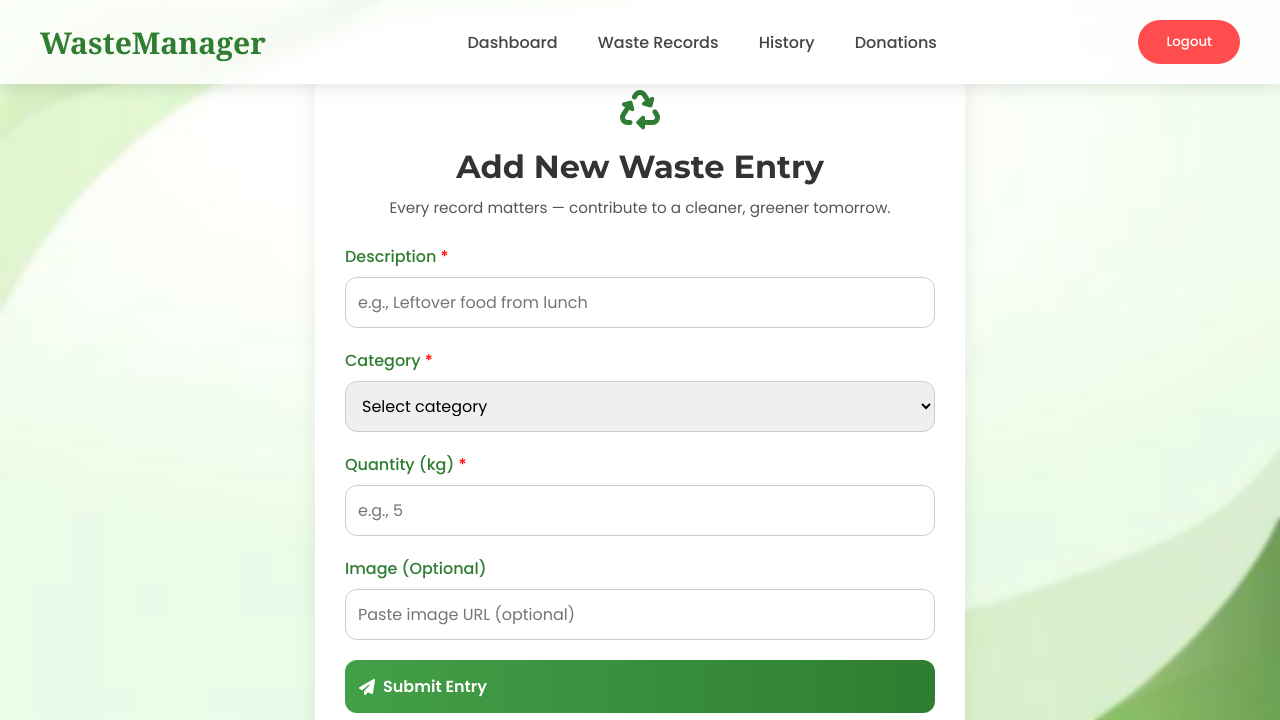
Repository: mahekagrawal25/restaurant-waste-management
Page: frontend/addwaste.html
An editor plug-in stored every save of this project. The page is shown before and after the next save, followed by the edit.
The browser window is 1280 px wide. The pictures show the whole page.

Above is the page before, as saved 2025-04-06 22:27:47.

### frontend/addwaste.html
<!DOCTYPE html>
<html lang="en">
  <head>
    <meta charset="UTF-8" />
    <meta name="viewport" content="width=device-width, initial-scale=1.0" />
    <title>Add Waste - WasteManager</title>
    <link rel="stylesheet" href="style.css" />
    <script src="script.js" defer></script>
    <link
      rel="stylesheet"
      href="https://cdnjs.cloudflare.com/ajax/libs/font-awesome/6.4.0/css/all.min.css"
    />
    <link
      href="https://fonts.googleapis.com/css2?family=Poppins:wght@400;500;600&family=Montserrat:wght@700&display=swap"
      rel="stylesheet"
    />














    <style>
        html, body {
          margin: 0;
          padding: 0;
          height: 100%;
          overflow: hidden; /* Prevent scroll */
          font-family: 'Poppins', sans-serif;
          background: url('./images/restro10.jpeg') no-repeat center center fixed;
          background-size: cover;
        }

        .page-wrapper {
  height: calc(100vh - 80px);
  display: flex;
  justify-content: center;
  align-items: center;
  padding: 40px 20px; /* Increased vertical padding */
  background-color: rgba(255, 255, 255, 0.1);
  backdrop-filter: blur(2px);
  -webkit-backdrop-filter: blur(2px);
}


        .waste-card {
          background: rgba(255, 255, 255, 0.98);
          border-radius: 20px;
          box-shadow: 0 8px 24px rgba(0, 0, 0, 0.08);
          width: 100%;
          max-width: 650px;
          padding: 40px 30px;
          box-sizing: border-box;
        }

        .card-header {
          text-align: center;
          margin-bottom: 25px;
        }

        .card-header h1 {
          font-size: 2rem;
          margin: 10px 0;
        }

        .card-header p {
          font-size: 0.95rem;
          color: #555;
        }

        .footer {
          display: none; /* Hiding footer to keep layout clean with no scroll */
        }
      </style>




  </head>
  <body>
    <header class="navbar">
      <div class="nav-container">
        <div class="logo">WasteManager</div>
        <nav>
          <a href="dashboard.html">Dashboard</a>
          <a href="waste-records.html" class="active">Waste Records</a>
          <a href="history.html">History</a>
          <a href="donations.html">Donations</a>
        </nav>
        <button id="logoutBtn" class="btn-logout">Logout</button>
      </div>
    </header>

    <div class="page-wrapper">
      <div class="waste-card">
        <div class="card-header">
          <i class="fas fa-recycle"></i>
          <h1>Add New Waste Entry</h1>
          <p>
            Every record matters — contribute to a cleaner, greener tomorrow.
          </p>
        </div>

        <form id="addWasteForm" class="waste-form">
          <div class="form-group">
            <label for="description">Description <span>*</span></label>
            <input
              type="text"
              id="description"
              name="description"
              required
              placeholder="e.g., Leftover food from lunch"
            />
          </div>

          <div class="form-group">
            <label for="category">Category <span>*</span></label>
            <select id="category" name="category" required>
              <option value="">Select category</option>
              <option value="Plastic">Plastic</option>
              <option value="Food">Food</option>
              <option value="Cardboard">Cardboard</option>
              <option value="Glass">Glass</option>
              <option value="Other">Other</option>
            </select>
          </div>

          <div class="form-group">
            <label for="quantity">Quantity (kg) <span>*</span></label>
            <input
              type="number"
              id="quantity"
              name="quantity"
              min="1"
              required
              placeholder="e.g., 5"
            />
          </div>

          <div class="form-group">
            <label for="image_url">Image (Optional)</label>
            <input
              type="url"
              id="image_url"
              name="image_url"
              placeholder="Paste image URL (optional)"
            />
          </div>

          <button type="submit" class="btn-submit">
            <i class="fas fa-paper-plane"></i> Submit Entry
          </button>
        </form>
      </div>
    </div>

    <footer class="footer">
      <p>&copy; 2025 WasteManager | All rights reserved</p>
    </footer>
  </body>
</html>

### frontend/style.css
/* ✅ General Styles */
* {
  margin: 0;
  padding: 0;
  box-sizing: border-box;
  font-family: 'Poppins', sans-serif;
}

body {
  background: linear-gradient(135deg, #2e7d32, #81c784);
  color: #333;
  min-height: 100vh;
  display: flex;
  flex-direction: column;
}

/* ✅ Navigation Bar */
.navbar {
  background: rgba(255, 255, 255, 0.85);
  backdrop-filter: blur(12px);
  box-shadow: 0 4px 15px rgba(0, 0, 0, 0.1);
  padding: 20px 40px;
  position: sticky;
  top: 0;
  z-index: 1000;
}

.nav-container {
  display: flex;
  justify-content: space-between;
  align-items: center;
  max-width: 1300px;
  margin: 0 auto;
}

.navbar .logo {
  font-size: 30px;
  font-weight: bold;
  color: #2e7d32;
  font-family: 'Georgia', serif;
}

nav a {
  margin: 0 18px;
  text-decoration: none;
  color: #444;
  font-weight: 500;
  transition: color 0.3s, transform 0.3s;
}

nav a:hover {
  color: #2e7d32;
  transform: scale(1.1);
}

.btn-logout {
  background: #ff4c4c;
  color: #fff;
  border: none;
  padding: 12px 28px;
  border-radius: 30px;
  cursor: pointer;
  font-weight: 500;
  transition: background 0.3s, transform 0.3s;
}

.btn-logout:hover {
  background: #e03c3c;
  transform: scale(1.05);
}

/* ✅ Main Content */
.container {
  width: 90%;
  max-width: 1300px;
  margin: 50px auto;
  flex: 1;
}

/* ✅ Welcome Section */
.welcome-section {
  text-align: center;
  margin-bottom: 70px;
}

.welcome-section h1 {
  font-size: 48px;
  color: #fff;
  margin-bottom: 12px;
  font-weight: 700;
  font-family: 'Cambria', serif;
}

.welcome-section p {
  font-size: 20px;
  color: #f0f0f0;
  opacity: 0.9;
}

/* ✅ Quick Actions Grid */
.actions-grid {
  display: grid;
  grid-template-columns: repeat(auto-fit, minmax(280px, 1fr));
  gap: 35px;
  margin-bottom: 70px;
}

.action-card {
  background: rgba(255, 255, 255, 0.85);
  backdrop-filter: blur(12px);
  border-radius: 20px;
  box-shadow: 0 10px 25px rgba(0, 0, 0, 0.1);
  padding: 35px;
  text-align: center;
  transition: transform 0.4s, box-shadow 0.4s;
  cursor: pointer;
}

.action-card:hover {
  transform: translateY(-12px);
  box-shadow: 0 14px 30px rgba(0, 0, 0, 0.2);
}

.action-card i {
  font-size: 52px;
  color: #2e7d32;
  margin-bottom: 25px;
}

.action-card h3 {
  font-size: 26px;
  color: #333;
  margin-bottom: 12px;
  font-weight: 700;
}

.action-card p {
  font-size: 18px;
  color: #555;
  opacity: 0.85;
}

/* ✅ Recent Activities */
.recent-activities {
  background: rgba(255, 255, 255, 0.9);
  padding: 35px;
  border-radius: 20px;
  box-shadow: 0 10px 25px rgba(0, 0, 0, 0.1);
}

.recent-activities h2 {
  font-size: 30px;
  margin-bottom: 25px;
  font-weight: 700;
  color: #333;
}

.activities-container {
  max-height: 350px;
  overflow-y: auto;
  padding: 15px;
}

.activities-container p {
  font-size: 18px;
  color: #555;
  opacity: 0.9;
}

/* ✅ Footer */
.footer {
  background: rgba(255, 255, 255, 0.9);
  backdrop-filter: blur(10px);
  color: #333;
  text-align: center;
  padding: 25px;
  box-shadow: 0 -5px 15px rgba(0, 0, 0, 0.1);
  font-weight: 600;
  font-size: 16px;
}





/* Activities Table Styles */
.activities-table-container {
  overflow-x: auto;
  margin-top: 1rem;
  background: white;
  border-radius: 8px;
  box-shadow: 0 2px 10px rgba(0,0,0,0.1);
  padding: 1rem;
}

#activitiesTable {
  width: 100%;
  border-collapse: collapse;
}

#activitiesTable th, #activitiesTable td {
  padding: 12px 15px;
  text-align: left;
  border-bottom: 1px solid #e0e0e0;
}

#activitiesTable th {
  background-color: #f5f5f5;
  font-weight: 600;
}

#activitiesTable tr:hover {
  background-color: #f9f9f9;
}

.btn-view-all {
  display: block;
  margin: 1rem auto 0;
  padding: 8px 16px;
  background: #4CAF50;
  color: white;
  border: none;
  border-radius: 4px;
  cursor: pointer;
}

.btn-view-all:hover {
  background: #45a049;
}




/* Activities Table Styles */
.activities-table-container {
  overflow-x: auto;
  margin-top: 1rem;
  background: white;
  border-radius: 8px;
  box-shadow: 0 2px 10px rgba(0,0,0,0.1);
  padding: 1rem;
}

#activitiesTable {
  width: 100%;
  border-collapse: collapse;
  font-size: 0.9rem;
}

#activitiesTable th {
  background-color: #f8f9fa;
  padding: 12px 15px;
  text-align: left;
  font-weight: 600;
}

#activitiesTable td {
  padding: 10px 15px;
  border-bottom: 1px solid #e9ecef;
}

.loading, .error {
  text-align: center;
  padding: 20px;
}

.loading {
  color: #6c757d;
}

.error {
  color: #dc3545;
}













.page-header {
  text-align: center;
  margin-top: 40px;
}

.page-header h1 {
  font-family: 'Montserrat', sans-serif;
  font-size: 2rem;
  color: #2e7d32;
}

.page-header p {
  font-size: 1rem;
  color: #555;
  margin-top: 8px;
}

.form-section {
  max-width: 600px;
  margin: 30px auto;
  background: #f9fff9;
  padding: 30px;
  border-radius: 16px;
  box-shadow: 0 6px 18px rgba(0, 0, 0, 0.06);
}

.waste-form .form-group {
  margin-bottom: 20px;
}

.waste-form label {
  display: block;
  font-weight: 500;
  margin-bottom: 8px;
}

.waste-form label span {
  color: red;
}

.waste-form input,
.waste-form select {
  width: 100%;
  padding: 12px 14px;
  font-size: 1rem;
  border: 1px solid #ccc;
  border-radius: 12px;
  outline: none;
  transition: border 0.3s ease;
}

.waste-form input:focus,
.waste-form select:focus {
  border-color: #4caf50;
}

.btn-submit {
  background-color: #4caf50;
  color: #fff;
  padding: 12px 20px;
  border: none;
  border-radius: 12px;
  cursor: pointer;
  font-weight: 600;
  font-size: 1rem;
  transition: background-color 0.3s ease;
  display: flex;
  align-items: center;
  gap: 8px;
}

.btn-submit:hover {
  background-color: #388e3c;
}




/* Hero Section */
.hero-header {
  background: linear-gradient(to right, #43a047, #2e7d32);
  color: white;
  padding: 60px 20px 40px;
  text-align: center;
  border-bottom-left-radius: 40px;
  border-bottom-right-radius: 40px;
  box-shadow: 0 8px 20px rgba(0, 0, 0, 0.1);
}

.hero-content i {
  font-size: 3rem;
  margin-bottom: 10px;
  animation: bounce 1s ease-in-out infinite alternate;
}

.hero-content h1 {
  font-family: 'Montserrat', sans-serif;
  font-size: 2.5rem;
  margin: 0;
}

.hero-content p {
  font-size: 1.1rem;
  margin-top: 10px;
  color: #e0f2f1;
}

/* Animation for Icon */
@keyframes bounce {
  0% { transform: translateY(0); }
  100% { transform: translateY(-5px); }
}


/* Make entire page fit on screen */
.page-wrapper {
  display: flex;
  justify-content: center;
  align-items: center;
  height: calc(100vh - 80px); /* Adjust for header/footer */
  padding: 20px;
  background-color: #f4f7f6;
}

/* Unified Card */
.waste-card {
  background: rgba(255, 255, 255, 0.98);
  border-radius: 20px;
  box-shadow: 0 8px 24px rgba(0, 0, 0, 0.08);
  width: 100%;
  max-width: 650px;

  /* Updated padding */
  padding: 60px 40px;
  box-sizing: border-box;
}

/* Header Inside Card */
.card-header {
  text-align: center;
  margin-bottom: 25px;
}

.card-header i {
  font-size: 2.5rem;
  color: #2e7d32;
  animation: bounce 1s infinite alternate;
}

.card-header h1 {
  margin: 10px 0 5px;
  font-family: 'Montserrat', sans-serif;
  font-size: 1.8rem;
}

.card-header p {
  font-size: 0.95rem;
  color: #555;
}

/* Form Fields */
.waste-form .form-group {
  margin-bottom: 20px;
}

.waste-form label {
  display: block;
  margin-bottom: 8px;
  font-weight: 500;
  color: #2e7d32;
}

.waste-form input,
.waste-form select {
  width: 100%;
  padding: 12px;
  border: 1px solid #ccc;
  border-radius: 12px;
  font-size: 1rem;
  transition: border 0.3s ease;
}

.waste-form input:focus,
.waste-form select:focus {
  border-color: #2e7d32;
  outline: none;
}

/* Submit Button */
.btn-submit {
  width: 100%;
  background: linear-gradient(to right, #43a047, #2e7d32);
  color: white;
  padding: 14px;
  font-size: 1rem;
  border: none;
  border-radius: 12px;
  cursor: pointer;
  transition: background 0.3s ease;
}

.btn-submit:hover {
  background: linear-gradient(to right, #388e3c, #1b5e20);
}

/* Icon Animation */
@keyframes bounce {
  0% { transform: translateY(0); }
  100% { transform: translateY(-5px); }
}

Loaded but not shown: frontend/script.js (209 lines, source omitted)

After the next save:
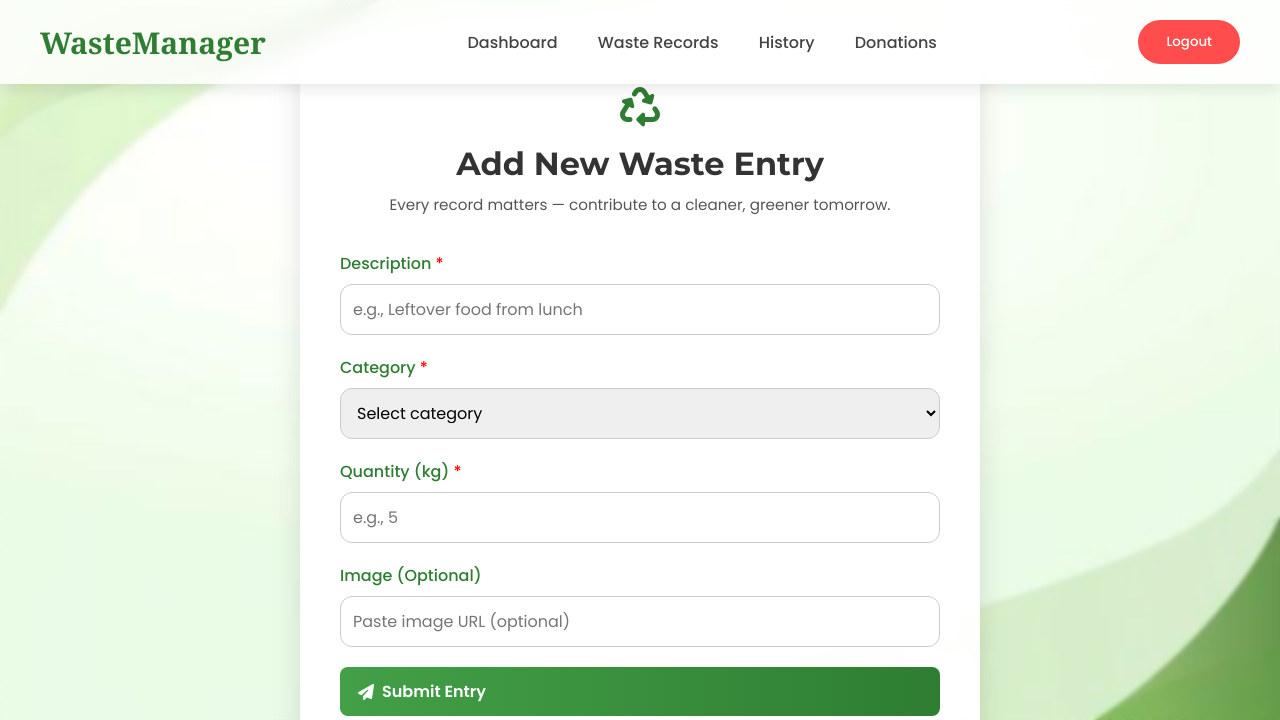
Saved 13 h 29 min later.
--- a/frontend/addwaste.html
+++ b/frontend/addwaste.html
@@ -29,57 +29,87 @@
 
 
     <style>
-        html, body {
-          margin: 0;
-          padding: 0;
-          height: 100%;
-          overflow: hidden; /* Prevent scroll */
-          font-family: 'Poppins', sans-serif;
-          background: url('./images/restro10.jpeg') no-repeat center center fixed;
-          background-size: cover;
-        }
+  html, body {
+    margin: 0;
+    padding: 0;
+    height: 100%;
+    overflow: hidden;
+    font-family: 'Poppins', sans-serif;
+    background: url('./images/restro10.jpeg') no-repeat center center fixed;
+    background-size: cover;
+  }
 
-        .page-wrapper {
-  height: calc(100vh - 80px);
-  display: flex;
-  justify-content: center;
-  align-items: center;
-  padding: 40px 20px; /* Increased vertical padding */
-  background-color: rgba(255, 255, 255, 0.1);
-  backdrop-filter: blur(2px);
-  -webkit-backdrop-filter: blur(2px);
-}
+  .page-wrapper {
+    height: calc(100vh - 80px);
+    display: flex;
+    justify-content: center;
+    align-items: center;
+    padding: 20px; /* Reduced to allow more vertical space */
+    background-color: rgba(255, 255, 255, 0.05);
+    backdrop-filter: blur(2px);
+    -webkit-backdrop-filter: blur(2px);
+  }
 
+  .waste-card {
+    background: rgba(255, 255, 255, 0.97);
+    border-radius: 24px;
+    box-shadow: 0 12px 30px rgba(0, 0, 0, 0.12);
+    width: 100%;
+    max-width: 680px;
+    padding: 60px 40px; /* More breathing room */
+    box-sizing: border-box;
+  }
 
-        .waste-card {
-          background: rgba(255, 255, 255, 0.98);
-          border-radius: 20px;
-          box-shadow: 0 8px 24px rgba(0, 0, 0, 0.08);
-          width: 100%;
-          max-width: 650px;
-          padding: 40px 30px;
-          box-sizing: border-box;
-        }
+  .card-header {
+    text-align: center;
+    margin-bottom: 35px;
+  }
 
-        .card-header {
-          text-align: center;
-          margin-bottom: 25px;
-        }
+  .card-header h1 {
+    font-size: 2rem;
+    margin: 10px 0;
+  }
 
-        .card-header h1 {
-          font-size: 2rem;
-          margin: 10px 0;
-        }
+  .card-header p {
+    font-size: 0.95rem;
+    color: #555;
+  }
 
-        .card-header p {
-          font-size: 0.95rem;
-          color: #555;
-        }
+  .footer {
+    display: none;
+  }
 
-        .footer {
-          display: none; /* Hiding footer to keep layout clean with no scroll */
-        }
-      </style>
+  /* Optional: Improve form spacing */
+  .form-group {
+    margin-bottom: 22px;
+  }
+
+  input, select {
+    width: 100%;
+    padding: 10px 14px;
+    font-size: 1rem;
+    border-radius: 6px;
+    border: 1px solid #ccc;
+    box-sizing: border-box;
+  }
+
+  .btn-submit {
+    width: 100%;
+    padding: 12px 18px;
+    background-color: #28a745;
+    color: white;
+    font-weight: 600;
+    font-size: 1rem;
+    border: none;
+    border-radius: 8px;
+    cursor: pointer;
+    transition: background-color 0.3s ease;
+  }
+
+  .btn-submit:hover {
+    background-color: #218838;
+  }
+</style>
 
 
 

After the save that followed:
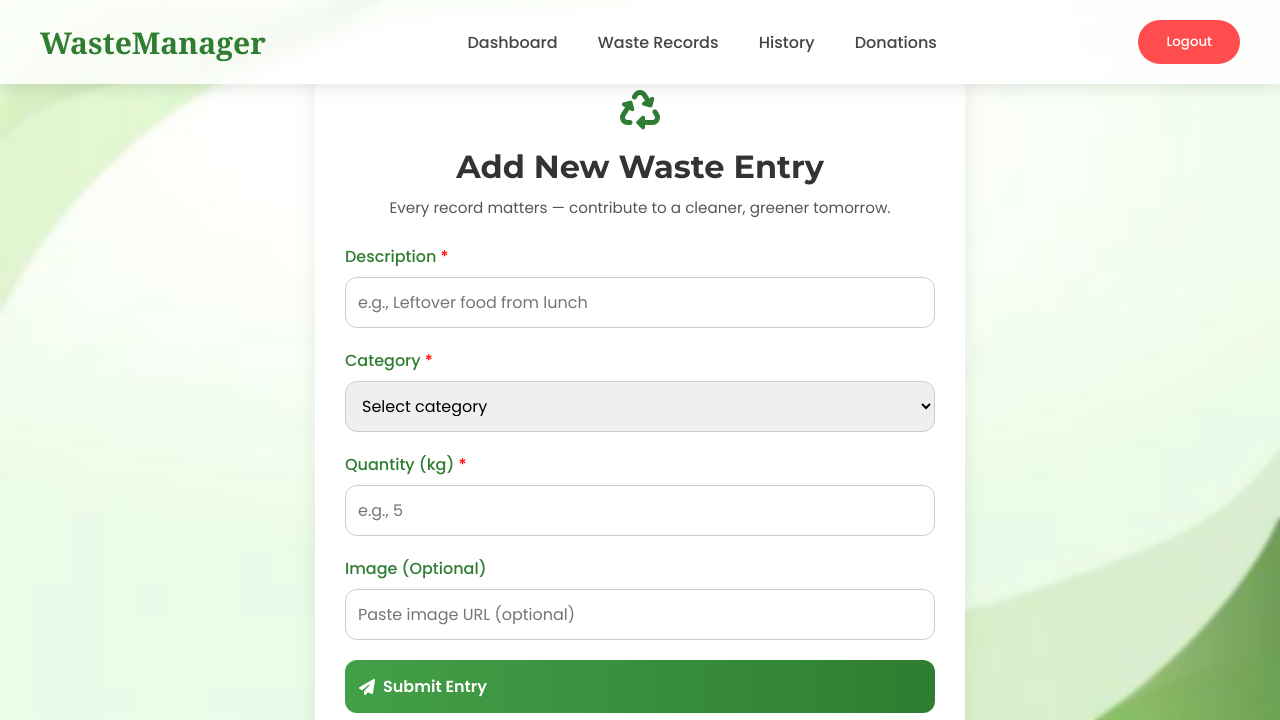
Saved 10 s later.
--- a/frontend/addwaste.html
+++ b/frontend/addwaste.html
@@ -29,87 +29,57 @@
 
 
     <style>
-  html, body {
-    margin: 0;
-    padding: 0;
-    height: 100%;
-    overflow: hidden;
-    font-family: 'Poppins', sans-serif;
-    background: url('./images/restro10.jpeg') no-repeat center center fixed;
-    background-size: cover;
-  }
+        html, body {
+          margin: 0;
+          padding: 0;
+          height: 100%;
+          overflow: hidden; /* Prevent scroll */
+          font-family: 'Poppins', sans-serif;
+          background: url('./images/restro10.jpeg') no-repeat center center fixed;
+          background-size: cover;
+        }
 
-  .page-wrapper {
-    height: calc(100vh - 80px);
-    display: flex;
-    justify-content: center;
-    align-items: center;
-    padding: 20px; /* Reduced to allow more vertical space */
-    background-color: rgba(255, 255, 255, 0.05);
-    backdrop-filter: blur(2px);
-    -webkit-backdrop-filter: blur(2px);
-  }
+        .page-wrapper {
+  height: calc(100vh - 80px);
+  display: flex;
+  justify-content: center;
+  align-items: center;
+  padding: 40px 20px; /* Increased vertical padding */
+  background-color: rgba(255, 255, 255, 0.1);
+  backdrop-filter: blur(2px);
+  -webkit-backdrop-filter: blur(2px);
+}
 
-  .waste-card {
-    background: rgba(255, 255, 255, 0.97);
-    border-radius: 24px;
-    box-shadow: 0 12px 30px rgba(0, 0, 0, 0.12);
-    width: 100%;
-    max-width: 680px;
-    padding: 60px 40px; /* More breathing room */
-    box-sizing: border-box;
-  }
 
-  .card-header {
-    text-align: center;
-    margin-bottom: 35px;
-  }
+        .waste-card {
+          background: rgba(255, 255, 255, 0.98);
+          border-radius: 20px;
+          box-shadow: 0 8px 24px rgba(0, 0, 0, 0.08);
+          width: 100%;
+          max-width: 650px;
+          padding: 40px 30px;
+          box-sizing: border-box;
+        }
 
-  .card-header h1 {
-    font-size: 2rem;
-    margin: 10px 0;
-  }
+        .card-header {
+          text-align: center;
+          margin-bottom: 25px;
+        }
 
-  .card-header p {
-    font-size: 0.95rem;
-    color: #555;
-  }
+        .card-header h1 {
+          font-size: 2rem;
+          margin: 10px 0;
+        }
 
-  .footer {
-    display: none;
-  }
+        .card-header p {
+          font-size: 0.95rem;
+          color: #555;
+        }
 
-  /* Optional: Improve form spacing */
-  .form-group {
-    margin-bottom: 22px;
-  }
-
-  input, select {
-    width: 100%;
-    padding: 10px 14px;
-    font-size: 1rem;
-    border-radius: 6px;
-    border: 1px solid #ccc;
-    box-sizing: border-box;
-  }
-
-  .btn-submit {
-    width: 100%;
-    padding: 12px 18px;
-    background-color: #28a745;
-    color: white;
-    font-weight: 600;
-    font-size: 1rem;
-    border: none;
-    border-radius: 8px;
-    cursor: pointer;
-    transition: background-color 0.3s ease;
-  }
-
-  .btn-submit:hover {
-    background-color: #218838;
-  }
-</style>
+        .footer {
+          display: none; /* Hiding footer to keep layout clean with no scroll */
+        }
+      </style>
 
 
 
